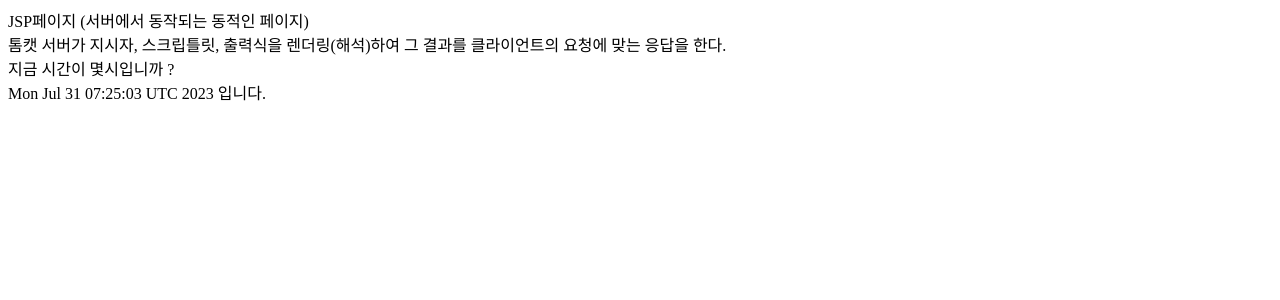
Repository: ainokks071/ServletJSP
Page: http://localhost/WEB/time.jsp
These files come from the project's save history. The page is drawn as it stood at one moment and after the next save; the edit follows.
The browser window is 1280 px wide. The pictures show the whole page.
The page is served by Tomcat 9. Other server files are loaded and not shown.

Above is the page before, as saved 2023-07-31 08:30:30.

### WEB/webapp/time.jsp
<!-- JSP(Java Server Page) = Java코드영역(프로그래밍) + HTML영역(View) -->

<%-- <%@ 지시자 %> --%>
<%@ page language="java" contentType="text/html; charset=UTF-8"
    pageEncoding="UTF-8"%>
<%@ page import="java.util.Date" %>

<%-- <% 스크립틀릿 %> --%>
<% Date d = new Date(); %>


<!DOCTYPE html>
<html>
<head>
<meta charset="UTF-8">
<title>Insert title here</title>
</head>


<body>
JSP페이지 (서버에서 동작되는 동적인 페이지)<br>
톰캣 서버가 지시자, 스크립틀릿, 출력식을 렌더링(해석)하여 그 결과를 클라이언트의 요청에 맞는 응답을 한다.<br>
지금 시간이 몇시입니까 ? <br>
<%-- <%= 출력식 %> --%>
<%= d.toString() %> 입니다.

</body>
</html>

After the next save:
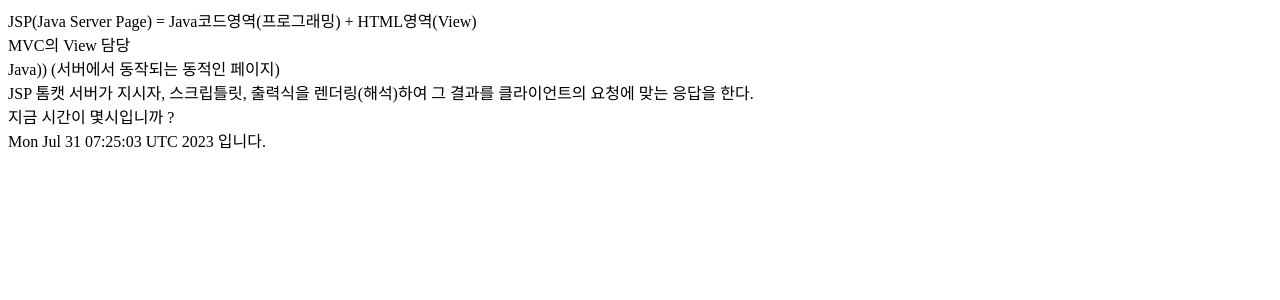
Saved 2 min 48 s later.
--- a/WEB/webapp/time.jsp
+++ b/WEB/webapp/time.jsp
@@ -1,4 +1,4 @@
-<!-- JSP(Java Server Page) = Java코드영역(프로그래밍) + HTML영역(View) -->
+<!-- JSP( -->
 
 <%-- <%@ 지시자 %> --%>
 <%@ page language="java" contentType="text/html; charset=UTF-8"
@@ -18,7 +18,11 @@
 
 
 <body>
-JSP페이지 (서버에서 동작되는 동적인 페이지)<br>
+JSP(Java Server Page) = Java코드영역(프로그래밍) + HTML영역(View) <br>
+MVC의 View 담당 <br>
+
+Java)) (서버에서 동작되는 동적인 페이지)<br>
+JSP
 톰캣 서버가 지시자, 스크립틀릿, 출력식을 렌더링(해석)하여 그 결과를 클라이언트의 요청에 맞는 응답을 한다.<br>
 지금 시간이 몇시입니까 ? <br>
 <%-- <%= 출력식 %> --%>
